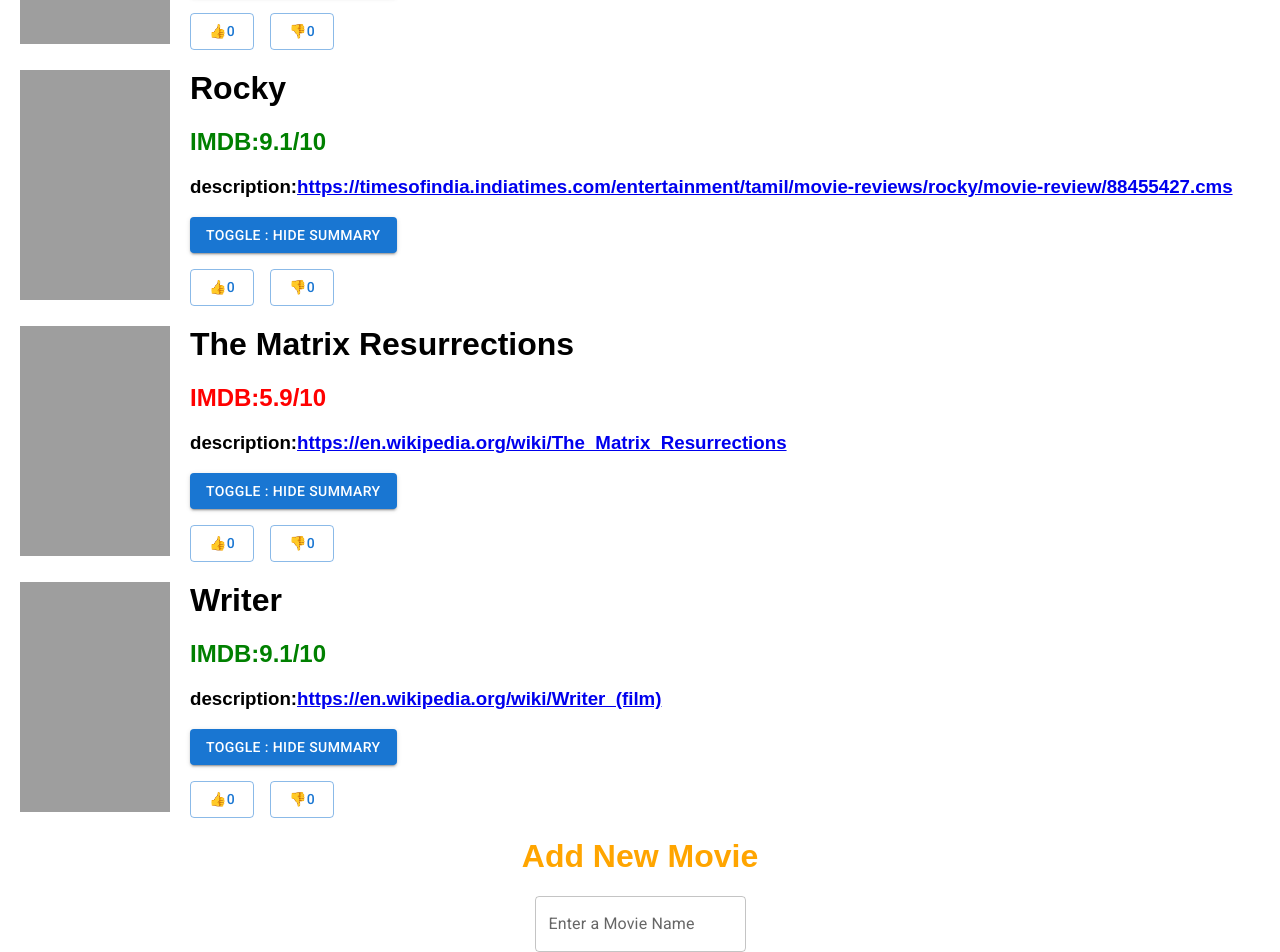
Repository: baladhinesh18/first-app
Page: /
These files come from the project's save history. The page is drawn as it stood at one moment and after the next save; the edit follows.
The browser window is 1280 px wide. The pictures show the part of the page from y = 501 to 1453 px (the page is 1453 px tall).
Pictures or frames that could not be fetched are drawn as grey boxes. The project was rebuilt for these pictures with package versions that can differ from the ones it lists, and the page was loaded fresh each time.

Above is the page before, as saved 2022-01-07 13:34:19.

### public/index.html
<!DOCTYPE html>
<html lang="en">
  <head>
    <meta charset="utf-8" />
    <!-- <link rel="icon" href="%PUBLIC_URL%/favicon.ico" /> -->
    <meta name="viewport" content="width=device-width, initial-scale=1" />
    <meta name="theme-color" content="#000000" />
    <meta
      name="description"
      content="Web site created using create-react-app"
    />
    <!-- <link rel="apple-touch-icon" href="%PUBLIC_URL%/logo192.png" /> -->
    <!--
      manifest.json provides metadata used when your web app is installed on a
      user's mobile device or desktop. See https://developers.google.com/web/fundamentals/web-app-manifest/
    -->
    <!-- <link rel="manifest" href="%PUBLIC_URL%/manifest.json" /> -->
    <!--
      Notice the use of %PUBLIC_URL% in the tags above.
      It will be replaced with the URL of the `public` folder during the build.
      Only files inside the `public` folder can be referenced from the HTML.

      Unlike "/favicon.ico" or "favicon.ico", "%PUBLIC_URL%/favicon.ico" will
      work correctly both with client-side routing and a non-root public URL.
      Learn how to configure a non-root public URL by running `npm run build`.
    -->
    <link
  rel="stylesheet"
  href="https://fonts.googleapis.com/css?family=Roboto:300,400,500,700&display=swap"
/>
<link
  rel="stylesheet"
  href="https://fonts.googleapis.com/icon?family=Material+Icons"
/>
    <title>New Movies</title>
  </head>
  <body>
    <noscript>You need to enable JavaScript to run this app.</noscript>
    <div id="root"></div>
    <!--
      This HTML file is a template.
      If you open it directly in the browser, you will see an empty page.

      You can add webfonts, meta tags, or analytics to this file.
      The build step will place the bundled scripts into the <body> tag.

      To begin the development, run `npm start` or `yarn start`.
      To create a production bundle, use `npm run build` or `yarn build`.
    -->
  </body>
</html>

### src/App.js

import './App.css';
import {useState} from "react";
import Button from '@mui/material/Button';
import TextField from '@mui/material/TextField';
function App() {
  let users = [
    {
      name: "JaiBheem",
      url:
      "https://encrypted-tbn3.gstatic.com/images?q=tbn:ANd9GcQm8U_-RJoMKrgvpIVLbDV8ovuHIp-p_Ls5I7WHaXJUUCbhjQVd",
      rating:"9.4",
      summary:"https://en.wikipedia.org/wiki/Jai_Bhim_(film)"
    },
    {
      name: "Spiderman-No Way Home",
      url:
      "https://www.thehindubusinessline.com/news/variety/4sw3ar/article37984362.ece/ALTERNATES/PORTRAIT_355/Spider-Man---No-Way-Home-Poster-Pic-Credit---Marvel",
      rating:"8.9",
      summary:"https://en.wikipedia.org/wiki/Spider-Man:_No_Way_Home"
    },
    {
      name: "Rocky",
      url:
      "https://static.toiimg.com/thumb/msid-88435003,width-219,height-317,imgsize-16192/88435003.jpg",
      rating:"9.1",
      summary:"https://timesofindia.indiatimes.com/entertainment/tamil/movie-reviews/rocky/movie-review/88455427.cms"
    },
    {
      name: " The Matrix Resurrections",
      url:
      "https://encrypted-tbn0.gstatic.com/images?q=tbn:ANd9GcQHjE4eApjpFWlpAdiC_aFG2FkfvimiGW0TK4mB-hc_T4Uitj9J",
      rating:"5.9",
      summary:"https://en.wikipedia.org/wiki/The_Matrix_Resurrections"
    },
    {
      name: "Writer",
      url:
      "https://static.moviecrow.com/gallery/20210414/185058-Ey6W3Z2VoAMu4P2%20(1).jpg",
      rating:"9.1",
      summary:"https://en.wikipedia.org/wiki/Writer_(film)"
    }
  ];
  return (
    <div className="App">
     <h1 className="lor">Movie List</h1>
      {users.map(({ name, url ,rating,summary}) => (
        <Starting key={url} nme={name} ur={url} rat={rating} des={summary} >
        </Starting>
      ))}
      <h1 className="lor">Add New Movie</h1>
      <TextField id="outlined-basic" label="Enter a Movie Name" variant="outlined" />
      {/* <Counter/> */}
    </div>
  );
}
function Counter(){
const [like,setLike]=useState(0);
const[dislike,setDislike]=useState(0);
return(
  <div className="vacls">
  <Button onClick={()=>setLike(like+1)}   variant="outlined" style={{margin:'0 1rem 0 0 '}}>👍{like}</Button>
  <Button onClick={()=>setDislike(dislike+1)}   variant="outlined" >👎{dislike}</Button>
  {/* <h1>{like}</h1> */}
  </div>
)}

function Starting({ nme, ur,rat,des }) {
const styles={color: rat>=8.5? "green":"red"};
const[isHide,setIsHide]=useState(true);

  return (
    <div>
    <div className="ro">
     <img src={ur} className="mg" alt={nme} />
      <div className="col">
      <h1> {nme}</h1>
      <h2 style={styles}>IMDB:{rat}/10</h2>
      { isHide?<h3>description:<a href={des}>{des}</a></h3>:null}
      {/* <h3>description:<a href={des}>{des}</a></h3> */}
      <div>
    <Button onClick={()=>setIsHide(!isHide)} variant="contained">Toggle : Hide summary</Button>
    </div>
    <Counter/>
      </div>
    </div>
    </div>
  );
}

// function ColorBox(){

// }

export default App;

### src/App.css
.App {
  font-family: sans-serif;
  text-align: center;
}
.mg {
  height: 230px;
  width: 150px;
  object-fit: center;
}
.ro{
display: flex;
flex-direction: row;
margin-left: 20px;
margin-bottom: 20px;
}
.col{
  display:flex;
  flex-direction: column;
  align-items: flex-start;
margin-left: 20px;
}
.lor{
color:orange;
}
h1,h2,h3{
  margin-top: 0px;
  gap: 1rem;
}
button{
  margin-bottom: 1rem;
}
.vacls{
margin-top: 1rem;
margin-right: 1rem;
}

Loaded but not shown: src/index.js (common file); src/index.css (common file); src/reportWebVitals.js (common file)

After the next save:
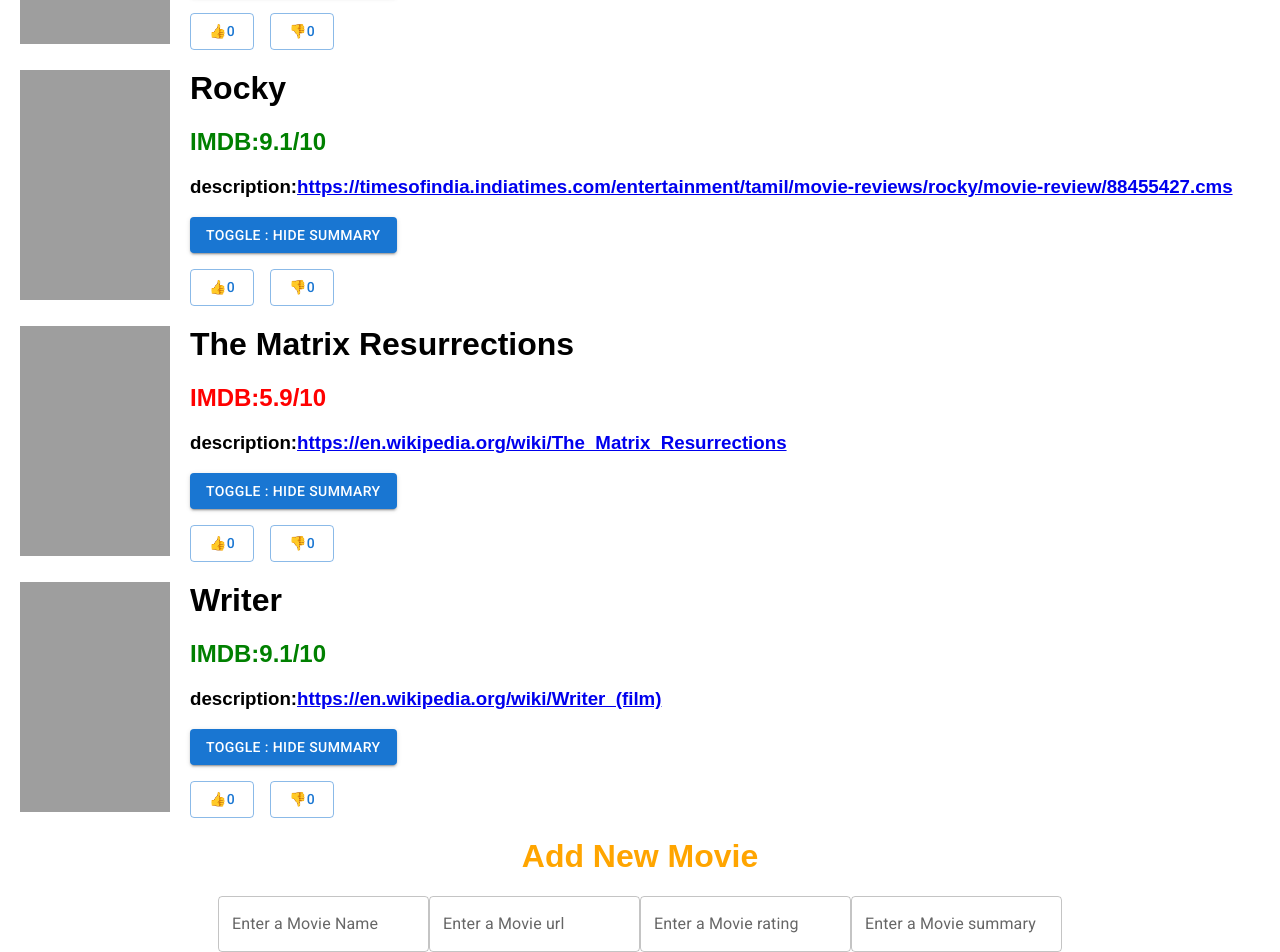
Saved 69 s later.
--- a/src/App.js
+++ b/src/App.js
@@ -50,6 +50,9 @@
       ))}
       <h1 className="lor">Add New Movie</h1>
       <TextField id="outlined-basic" label="Enter a Movie Name" variant="outlined" />
+      <TextField id="outlined-basic" label="Enter a Movie url" variant="outlined" />
+      <TextField id="outlined-basic" label="Enter a Movie rating" variant="outlined" />
+      <TextField id="outlined-basic" label="Enter a Movie summary" variant="outlined" />
       {/* <Counter/> */}
     </div>
   );
